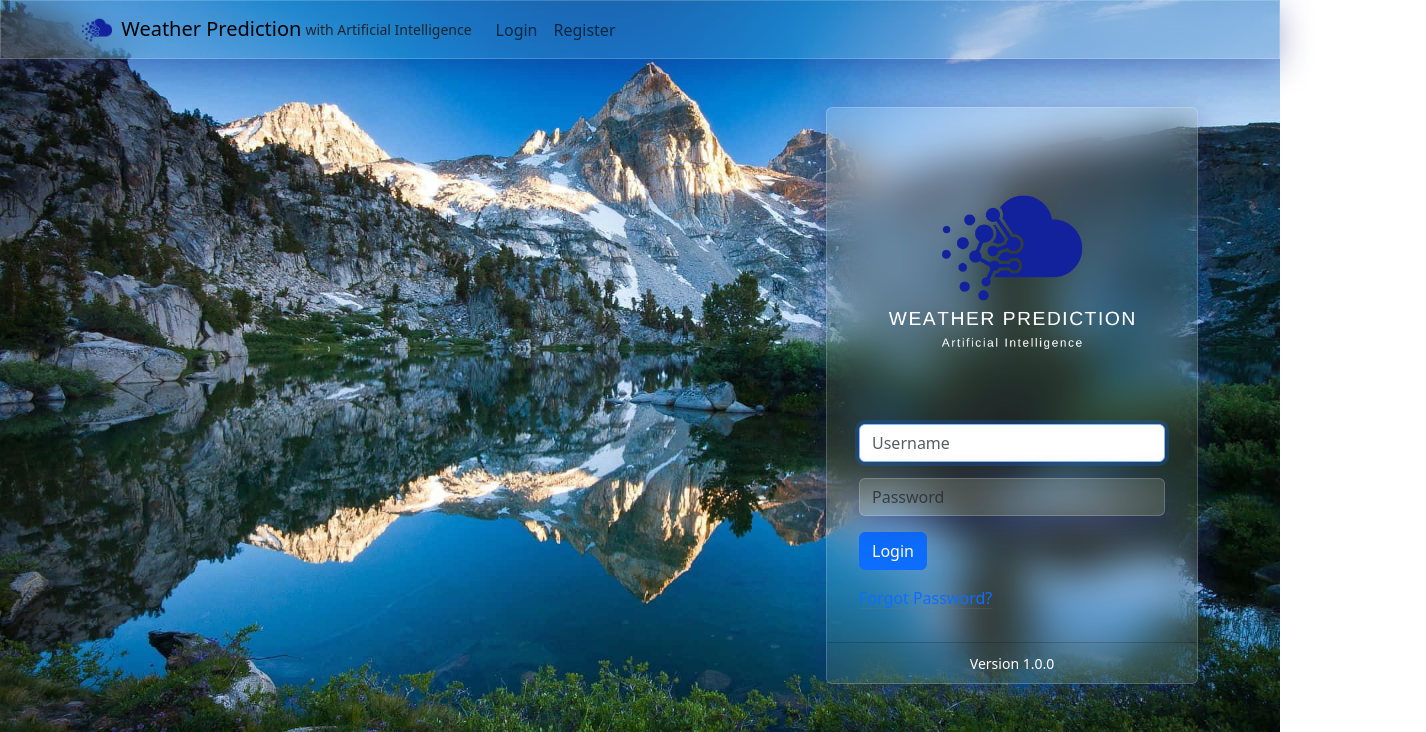
Repository: rustycoder/weather_prediction
Page: http://localhost/weather_admin/
These files come from the project's save history. The page is drawn as it stood at one moment and after the next save; the edit follows.
The browser window is 1280 px wide. The page is 1280 px wide, then 1426 px, so the pictures cover 1426 px, including what lies to the right of the window. The pictures show the whole page.
Backgrounds fixed to the window are drawn as part of the page. The page is served by the project's application, run on Django 5.2 (manage.py).

Above is the page before, as saved 2025-03-03 21:53:39.

After the next save:
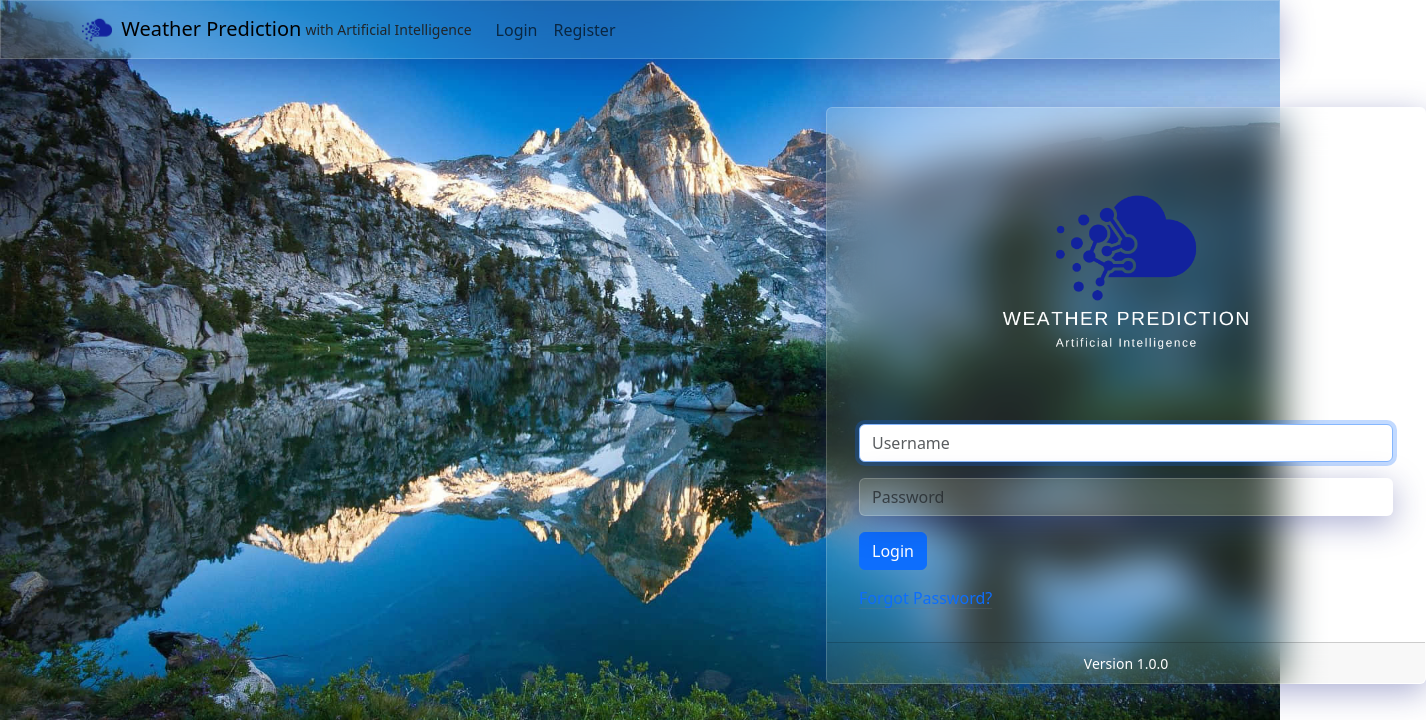
Saved 61 s later.
--- a/weather_admin/templates/login.html
+++ b/weather_admin/templates/login.html
@@ -1,7 +1,7 @@
 {% extends 'base.html' %}
 {% load static %}
 {% block content %}
-<div class="col-md-4 offset-md-8">
+<div id="map" style="height: 600px; width: 600px;" <div class="col-md-4 offset-md-8">
     <div class="card my-5 glass">
         <div class="card-body">
             <div class="col-md-12 px-3">
